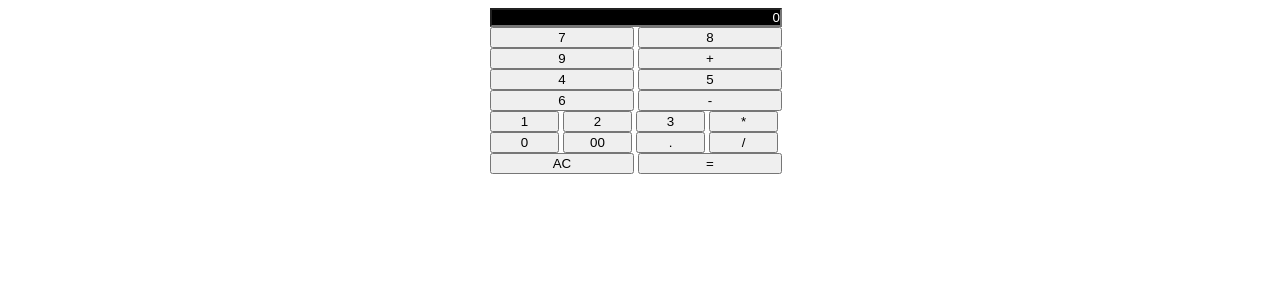
Repository: 7121yamamotorina/memo
Page: index2.html
The author's editor kept a record of every edit. The page is drawn from the files as they stood at one moment, then again after the next edit.
The browser window is 1280 px wide. The pictures show the whole page.
Some web libraries are served in a nearby version.

Above is the page before.

### index2.html
 <!DOCTYPE html>
    <html lang="en">
      <head>
        <meta charset="utf-8">
        <script src="https://code.jquery.com/jquery-3.2.1.js" integrity="sha256-DZAnKJ/6XZ9si04Hgrsxu/8s717jcIzLy3oi35EouyE=" crossorigin="anonymous"></script>
        <link rel="stylesheet" href="main2.css">
        <title>計算機</title>
      </head>

      <body>
        <div class ="wrapper">
          <input readonly id="result" type="text" value="0">

       <div class="flex-container">
         <button class="danme5" onclick="clickbutton('7')">7</button>
          <button class="danme5" onclick="clickbutton('8')">8</button>
         <button class="danme5" onclick="clickbutton('9')">9</button>
         <button class="danme5" onclick="clickbutton('+')">+</button>
       </div>
       <div>
         <button class="danme5" onclick="clickbutton('4')">4</button>
          <button class="danme5" onclick="clickbutton('5')">5</button>
         <button class="danme5" onclick="clickbutton('6')">6</button>
         <button class="danme5" onclick="clickbutton('-')">-</button>
       </div>
        <div>
         <button class="danme6" onclick="clickbutton('1')">1</button>
          <button class="danme6" onclick="clickbutton('2')">2</button>
         <button class="danme6" onclick="clickbutton('3')">3</button>
         <button class="danme6" onclick="clickbutton('*')">*</button>
       </div>
       <div>
         <button class="danme6" onclick="clickbutton('0')">0</button>
          <button class="danme6" onclick="clickbutton('00')">00</button>
         <button class="danme6" onclick="clickbutton('.')">.</button>
         <button class="danme6" onclick="clickbutton('/')">/</button>
       </div>
       <div>
       <button class="danme5" onclick="clickbutton('AC')">AC</button>
       <button class="danme5" onclick="clickbutton('=')">=</button>
        </div>
        <script src="main2.js"></script>
      </body>
    </html>

### main2.css
.wrapper{
  width: 300px;
  margin: 0 auto;
   padding: 0 ;
}
input{
  width:96%;
  padding: 0;
  margin: 0;
  text-align: right;
  background-color: black;
  color: white;
}

button{

width: 23%;
}
.danme5{
  width:48%;
}

### main2.js
function clickbutton(val){
  console.log(document.getElementById("result"))
  let result = document.getElementById("result")
  let target_value = val;
  if(target_value == "AC"){
    result.value = "0";
    console.log("0");
  }else if(target_value == "="){
    result.value = eval(result.value);
    console.log("kekka");
  }else{
    if(result.innerHTML == "0"){
      result.value = target_value;
      console.log("0dakara");
    }else{
      if(result.value.charAt(0) == "0"){
      result.value = result.value.slice(0,0)
    }
    result.value += target_value;
    console.log("owari");
  }
}
}

After the next edit:
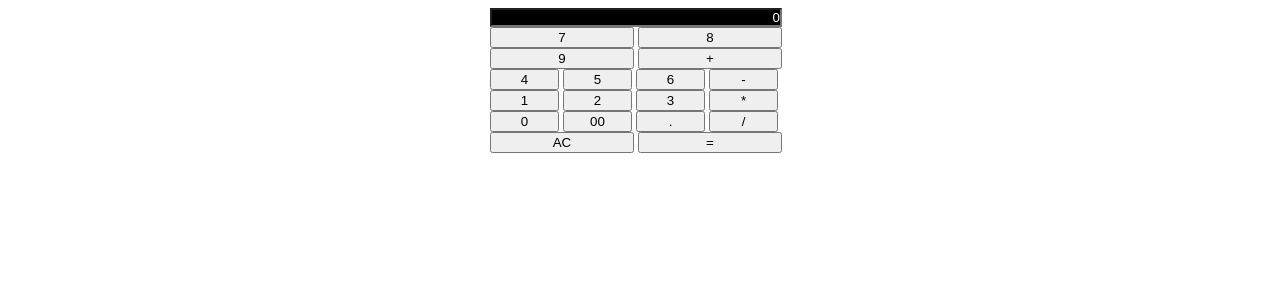
The edit:
--- a/index2.html
+++ b/index2.html
@@ -18,10 +18,10 @@
          <button class="danme5" onclick="clickbutton('+')">+</button>
        </div>
        <div>
-         <button class="danme5" onclick="clickbutton('4')">4</button>
-          <button class="danme5" onclick="clickbutton('5')">5</button>
-         <button class="danme5" onclick="clickbutton('6')">6</button>
-         <button class="danme5" onclick="clickbutton('-')">-</button>
+         <button class="danme6" onclick="clickbutton('4')">4</button>
+          <button class="danme6" onclick="clickbutton('5')">5</button>
+         <button class="danme6" onclick="clickbutton('6')">6</button>
+         <button class="danme6" onclick="clickbutton('-')">-</button>
        </div>
         <div>
          <button class="danme6" onclick="clickbutton('1')">1</button>
